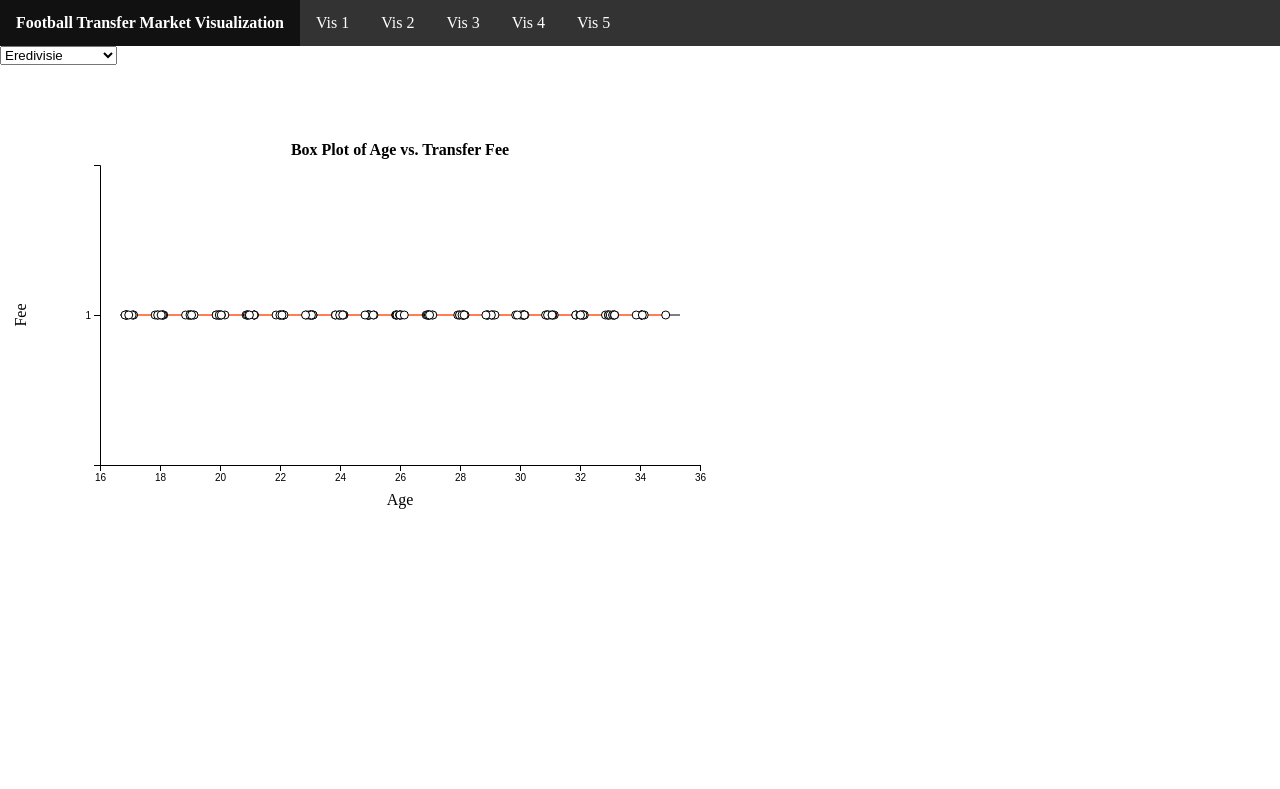
Repository: cedricshan/Football-Transfer-Market-Visualization
Page: dashboard/BoxPlot.html
The author's editor kept a copy of each file at every save. The page is drawn from the files as they stood at one save, then again after a run of saves.
The browser window is 1280 px wide. The pictures show the whole page.

Above is the page before, as saved 2023-10-18 22:09:54.

### dashboard/BoxPlot.html
<!DOCTYPE html>
<html lang="en">

<head>
    <meta charset="UTF-8">
    <link rel="stylesheet" href="CSS/main.css">
    <link rel="icon" href="favicon.ico" mce_href="favicon.ico" type="image/x-icon">
    <link rel="shortcut icon" href="favicon.ico" mce_href="favicon.ico" type="image/x-icon">
    <title>Football Transfer Vis</title>
    <script type="text/javascript" src="d3.v7.js"></script>
</head>

<body>
    <ul>
        <li><a href="dashboard.html"><b>Football Transfer Market Visualization</b></a></li>
        <li><a href="network.html">Vis 1</a></li>
        <li><a href="chord.html">Vis 2</a></li>
        <li><a href="Position_interactive.html">Vis 3</a></li>
        <li><a href="LineChart.html">Vis 4</a></li>
        <li><a href="BoxPlot.html">Vis 5</a></li>
    </ul>
    <select id="csv-select">
        <option value="processed_eredivisie.csv">Eredivisie</option>
        <option value="processed_premier-league.csv">Premier League</option>
        <option value="processed_1-bundesliga.csv">Bundesliga</option>
        <option value="processed_liga-nos.csv">Liga Portugal</option>
        <option value="processed_ligue-1.csv">Ligue 1</option>
        <option value="processed_primera-division.csv">LaLiga</option>
        <option value="processed_1-bundesliga.csv">Serie A</option>
    </select>

    <script type="text/javascript" , src="BoxPlot.js"> </script>
</body>

</html>

### dashboard/CSS/main.css
html,
body {
    margin: 0;
    height: 100%;
}
ul {
    list-style-type: none;
    margin: 0;
    padding: 0;
    overflow: hidden;
    background-color: #333;
}

li {
    float: left;
}

li a {
    display: block;
    color: white;
    text-align: center;
    padding: 14px 16px;
    text-decoration: none;
}

li a:hover {
    background-color: #111;
}

#timeline {
    width: 70%;
    margin: auto;
    padding: 20px 0 0 0;
}

.tooltip {
    position: absolute;
    pointer-events: none;
    height: 35px;
    padding: 8px;
    border-radius: 8px;
    background-color: white;
    font-size: .8em;
    text-align: center;
}

#selectContainer {
    position: absolute;
    top: 50;
    left: 0;
    width: 100%;
    background-color: #ffffff;
    /* Background color for the container */
    padding: 10px;
    /* Adjust the padding as needed */
}

### dashboard/BoxPlot.js

var parseDate = d3.timeParse("%B");
const margin = {top: 20, right: 20, bottom: 40, left: 40};
document.getElementById("csv-select").addEventListener("change", function() {
    loadAndVisualizeData(this.value);
});

function loadAndVisualizeData(filename) {

    d3.select("#chartSVG").remove();

    var svg = d3.select('body')
        .append('svg')
        .attr('id', 'chartSVG')
        .attr('height', '100%')
        .attr('width', '100%');

    d3.csv(filename)
    .then(data => {
        return data.map(d => {
            return {
                Fee: Number(d.Fee),
                Age: Number(d.Age)
            };
        });
    })
    .then(processedData => {
        var height = 300;
        var width = 600;
        var maxFee = d3.max(processedData, function (d) { return d.Fee; });
        var minFee = d3.min(processedData, function (d) { return d.Fee; });
        var minAge= d3.min(processedData,function (d) { return d.Age; })
        var maxAge= d3.max(processedData,function (d) { return d.Age; })
        const meanFee = d3.mean(processedData, d => d.Fee);

            // Group data by Age
        const groupedData = d3.group(processedData, d => d.Age);

        // Compute statistics for each group
        const sumstat = Array.from(d3.rollup(
            processedData,
            group => {
                const fees = group.map(d => +d.Fee).sort(d3.ascending);

                const q1 = d3.quantile(fees, 0.25);
                const median = d3.quantile(fees, 0.5);
                const q3 = d3.quantile(fees, 0.75);
                const top = d3.quantile(fees, 0.05);
                const bottom = d3.quantile(fees, 0.95);
                const interQuantileRange = q3 - q1;
                const min = 0;
                const max = q3 + 1.5 * interQuantileRange;
                const avg= d3.mean(fees);
                return { q1, median, q3, interQuantileRange, min, max, avg,top ,bottom };

            },
            d => d.Age
        )).map(([key, value]) => ({ key, value }));

        function selectRandomTenPoints(data) {
            const sampledData = [];
            for (const [age, values] of groupedData) {
                // Filter out values with Fee over 10,000,000
                const filteredValues = values.filter(d => d.Fee <= 10000000);

                const shuffled = [...filteredValues].sort(() => 0.5 - Math.random());
                const selected = shuffled.slice(0, 10);
                sampledData.push(...selected);
            }
            return sampledData;
        }


        const sampleDataForPlotting = selectRandomTenPoints(processedData);

        const sortedData = sumstat.sort((a, b) => d3.ascending(a.key, b.key));

        console.log(sortedData);

        console.log(maxFee);
        console.log(maxAge);
        console.log(minAge);

        const x = d3.scaleLinear()
            .domain([d3.min(processedData, d => d.Age)-1, d3.max(processedData, d => d.Age)+1])
            .range([0, width]);

        const y = d3.scaleLinear()
            .domain([d3.min(processedData, d => d.Fee), d3.min(processedData, d => d.Fee)])
            .range([height, 0]);


        var chartGroup=svg
        .append('g')
        .attr('transform','translate(100,100)');

        chartGroup.append("g")
        .attr("transform", `translate(0, ${height})`)
        .call(d3.axisBottom(x));

        chartGroup.append("g")
        .call(d3.axisLeft(y))



        chartGroup.append("text")
            .attr("transform", `translate(${width / 2}, ${height + margin.top + 20})`)
            .style("text-anchor", "middle")
            .text("Age");

        chartGroup.append("text")
            .attr("transform", "rotate(-90)")
            .attr("y", 0 - margin.left-50)
            .attr("x", 0 - (height / 2))
            .attr("dy", "1em")
            .style("text-anchor", "middle")
            .text("Fee");

        chartGroup
            .selectAll("vertLines")
            .data(sumstat)
            .enter()
            .append("line")
            .attr("x1", function(d){return(x(d.key))})
            .attr("x2", function(d){return(x(d.key))})
            .attr("y1", function(d){return(y(d.value.bottom))})
            .attr("y2", function(d){return(y(d.value.top))})
            .attr("stroke", "black")
            .style("width", 40)



        chartGroup
            .selectAll("Lines")
            .data(sumstat)
            .enter()
            .append("line")
            .attr("x1", function(d){return(x(d.key))})
            .attr("x2", function(d){return(x(d.key))})
            .attr("y1", function(d){return(y(d.value.avg))})
            .attr("y2", function(d){return(y(d.value.avg))})
            .attr("stroke", "black")
            .style("width", 40)

        var tooltip = chartGroup.append("g")
        .attr("class", "tooltip")
        .style("display", "none");

        tooltip.append("rect")
            .attr("width", 150)
            .attr("height", 50)
            .attr("fill", "white")
            .style("opacity", 0.8);

        tooltip.append("text")
            .attr("x", 5)
            .attr("dy", "1.2em")
            .style("text-anchor", "start")
            .attr("font-size", "12px")
            .attr("font-family", "sans-serif");

        var boxWidth = 20
        var highlightedBox = chartGroup.select(null);
        chartGroup
            .selectAll("boxes")
            .data(sumstat)
            .enter()
            .append("rect")
                .attr("x", function(d){return(x(d.key)-boxWidth/2)})
                .attr("y", function(d){return(y(d.value.q3))})
                .attr("height", function(d){return(y(d.value.q1)-y(d.value.q3))})
                .attr("width", boxWidth )
                .attr("stroke", "black")
                .style("fill", "#69b3a2")
                .on("click",function(d) {
                    // Recolor the last clicked rect.
                    highlightedBox.style("fill", "#69b3a2")
                    // Color the new one:
                    highlightedBox = d3.select(this);
                    highlightedBox.style("fill","steelblue");
                })
            .on("click", function(event, d) {
                highlightedBox.style("fill", "#69b3a2");

                highlightedBox = d3.select(this);
                highlightedBox.style("fill", "steelblue");

                tooltip
                    .attr("transform", `translate(${x(d.key) + 5}, ${y(d.value.q3) - 50})`)
                    .style("display", null);

                tooltip.select("text")
                    .text(`Age: ${d.key}`)
                    .append("tspan")
                    .attr("x", 5)
                    .attr("dy", "1.2em")
                    .text(`Median Fee: ${d.value.median}`);
                })
            .on("mouseout", function() {
                    tooltip.style("display", "none");
                });

            // Show the median
        chartGroup
        .selectAll("medianLines")
        .data(sumstat)
        .enter()
        .append("line")
            .attr("x1", function(d){return(x(d.key)-boxWidth/2) })
            .attr("x2", function(d){return(x(d.key)+boxWidth/2) })
            .attr("y1", function(d){return(y(d.value.median))})
            .attr("y2", function(d){return(y(d.value.median))})
            .attr("stroke", "black")
            .style("width", 80)

        var avgline=chartGroup.append('g')
            .attr('class','avgline')
            .attr('transform','translate(0,0)');

        var line =d3.line()
            .x(function(d){return x(d.key)})
            .y(function(d){return y(d.value.avg)});

        chartGroup.append('path')
            .attr('d',line(sortedData))
            .attr('stroke','#FF7F50')
            .attr('stroke-width',2)
            .attr('fill','none');

        var jitterWidth = 10
        chartGroup
            .selectAll("indPoints")
            .data(sampleDataForPlotting)
            .enter()
            .append("circle")
            .attr("cx", function(d){return(x(d.Age) - jitterWidth/2 + Math.random()*jitterWidth )})
            .attr("cy", function(d){return(y(d.Fee))})
            .attr("r", 4)
            .style("fill", "white")
            .attr("stroke", "black")


        chartGroup.append("text")
            .attr("transform", `translate(${width / 2}, ${-10})`)
            .style("text-anchor", "middle")
            .style("font-size", "16px")
            .style("font-weight", "bold")
            .text("Box Plot of Age vs. Transfer Fee");



        })
        .catch(error => {
            console.error("Error loading or processing the CSV:", error);
        });
}
loadAndVisualizeData(document.getElementById("csv-select").value);

Loaded but not shown: dashboard/d3.v7.js (library)

After the next 2 saves:
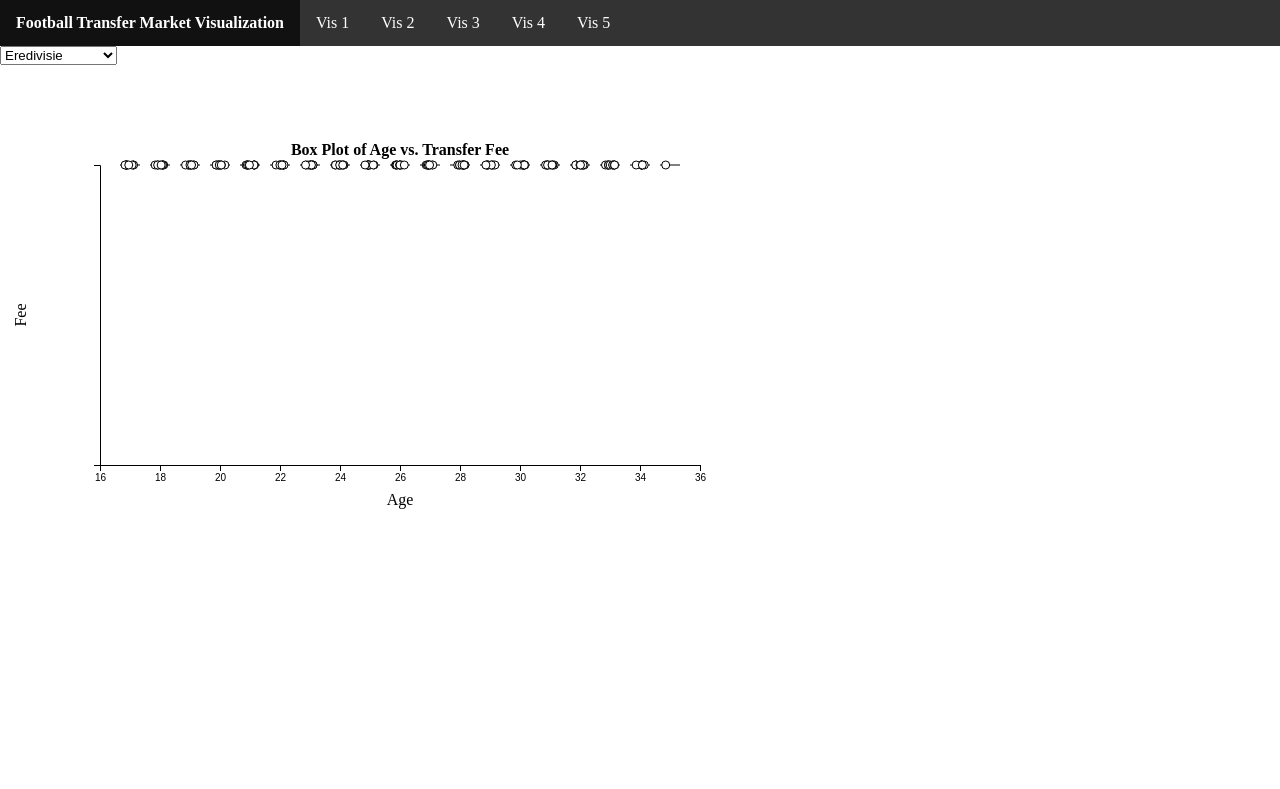
The 2 saves are shown as one change because they came seconds apart.
The last was saved 24 s later.
--- a/dashboard/BoxPlot.js
+++ b/dashboard/BoxPlot.js
@@ -86,7 +86,7 @@ function loadAndVisualizeData(filename) {
             .range([0, width]);
 
         const y = d3.scaleLinear()
-            .domain([d3.min(processedData, d => d.Fee), d3.min(processedData, d => d.Fee)])
+            .domain([d3.min(processedData, d => d.Fee), sumstat.v])
             .range([height, 0]);
 
 
